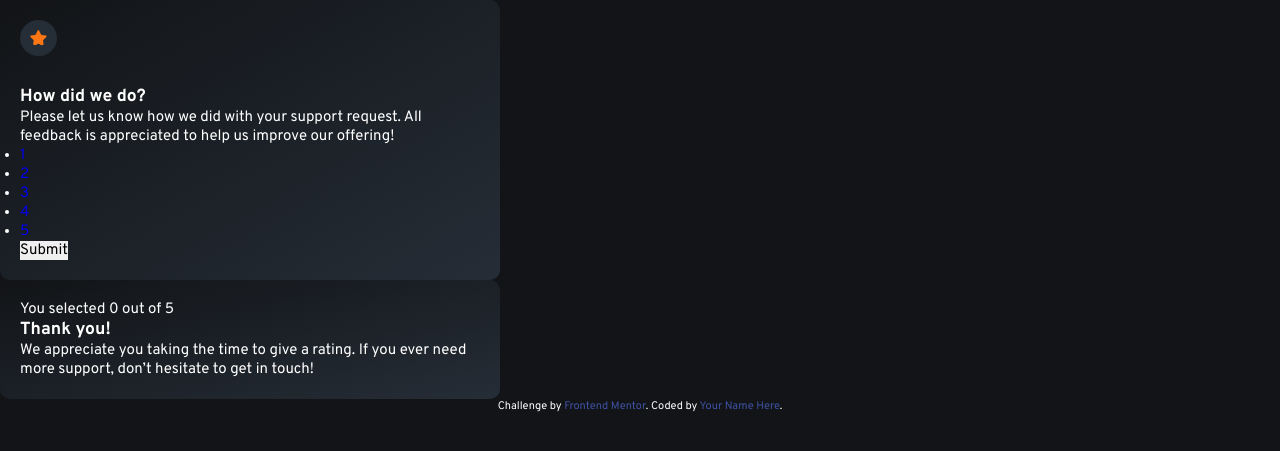
Repository: huynhnhutanhduy/interactive-rating-component
Page: index.html
The author's editor kept a copy of each file at every save. The page is drawn from the files as they stood at one save, then again after the next save.
The browser window is 1280 px wide. The pictures show the whole page.

Above is the page before, as saved 2022-10-19 10:01:48.

### index.html
<!DOCTYPE html>
<html lang="en">
  <head>
    <meta charset="UTF-8" />
    <meta name="viewport" content="width=device-width, initial-scale=1.0" />
    <!-- displays site properly based on user's device -->
    <link rel="icon" type="image/png" sizes="32x32" href="./images/favicon-32x32.png" />
    <title>Frontend Mentor | Interactive rating component</title>
    <link rel="preconnect" href="https://fonts.googleapis.com" />
    <link rel="preconnect" href="https://fonts.gstatic.com" crossorigin />
    <link
      href="https://fonts.googleapis.com/css2?family=Overpass:wght@400;700&display=swap"
      rel="stylesheet"
    />
    <link rel="stylesheet" href="./app.css" />
  </head>
  <body>
    <main>
      <!-- Rating state start -->
      <article class="rating-container">
        <img src="./images/icon-star.svg" alt="icon-star" class="rating-star" />
        <h3 class="rating-title">How did we do?</h3>
        <p class="rating-desc">
          Please let us know how we did with your support request. All feedback is appreciated
          to help us improve our offering!
        </p>
        <ul class="rating-list">
          <li><a href="#" class="rating-item">1</a></li>
          <li><a href="#" class="rating-item">2</a></li>
          <li><a href="#" class="rating-item">3</a></li>
          <li><a href="#" class="rating-item">4</a></li>
          <li><a href="#" class="rating-item">5</a></li>
        </ul>
        <button type="submit" class="rating-btn">Submit</button>
      </article>
      <!-- Rating state end -->

      <!-- Thank you state start -->
      <article class="rating-container">
        <p class="rating-result">You selected <span>0</span> out of 5</p>
        <!-- Add rating here -->
        <h3 class="rating-title">Thank you!</h3>
        <p class="rating-desc">
          We appreciate you taking the time to give a rating. If you ever need more support,
          don’t hesitate to get in touch!
        </p>
        <!-- Thank you state end -->
      </article>
    </main>

    <footer class="attribution">
      Challenge by
      <a href="https://www.frontendmentor.io?ref=challenge" target="_blank">Frontend Mentor</a
      >. Coded by <a href="#">Your Name Here</a>.
    </footer>

    <script src="./app.js"></script>
  </body>
</html>

### app.css
:root {
  --primary: hsl(25, 97%, 53%);
  --white: hsl(0, 0%, 100%);
  --light-grey: hsl(217, 12%, 63%);
  --medium-grey: hsl(216, 12%, 54%);
  --dark-blue: hsl(213, 19%, 18%);
  --very-dark-blue: hsl(216, 12%, 8%);
}
* {
  margin: 0;
  padding: 0;
  border: 0;
}
*,
*::before,
*::after,
html {
  box-sizing: border-box;
}
html {
  font-size: 62.5%;
}
body {
  font-size: 1.5rem;
  font-family: "Overpass", sans-serif;
  font-weight: normal;
  background-color: var(--very-dark-blue);
  color: var(--white);
}
a {
  text-decoration: none;
}
img {
  display: block;
  max-width: 100%;
}
button {
  outline: none;
  font-size: 1.5rem;
  font-family: "Overpass", sans-serif;
  font-weight: 400;
  cursor: pointer;
}

.attribution {
  font-size: 11px;
  text-align: center;
}
.attribution a {
  color: hsl(228, 45%, 44%);
}

.rating-container {
  max-width: 50rem;
  background-image: linear-gradient(to bottom right, var(--very-dark-blue), var(--dark-blue));
  padding: 2rem;
  border-radius: 1rem;
}
.rating-star {
  background-color: var(--dark-blue);
  border-radius: 50%;
  margin-bottom: 3rem;
  padding: 1rem;
}

Loaded but not shown: app.js (no stored copy; drawn as an empty file)

After the next save:
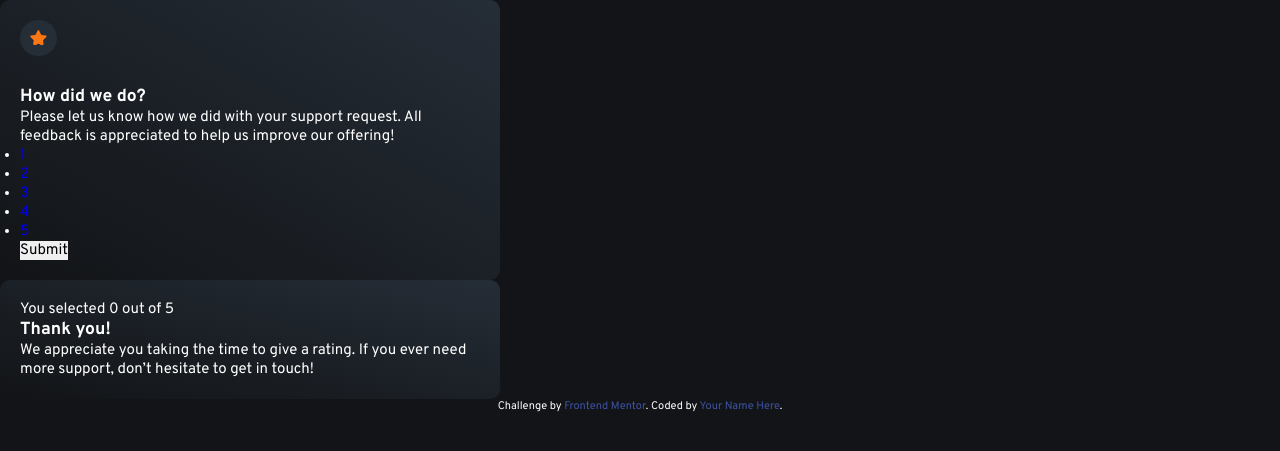
Saved 21 s later.
--- a/app.css
+++ b/app.css
@@ -52,7 +52,7 @@ button {
 
 .rating-container {
   max-width: 50rem;
-  background-image: linear-gradient(to bottom right, var(--very-dark-blue), var(--dark-blue));
+  background-image: linear-gradient(to top right, var(--very-dark-blue), var(--dark-blue));
   padding: 2rem;
   border-radius: 1rem;
 }
